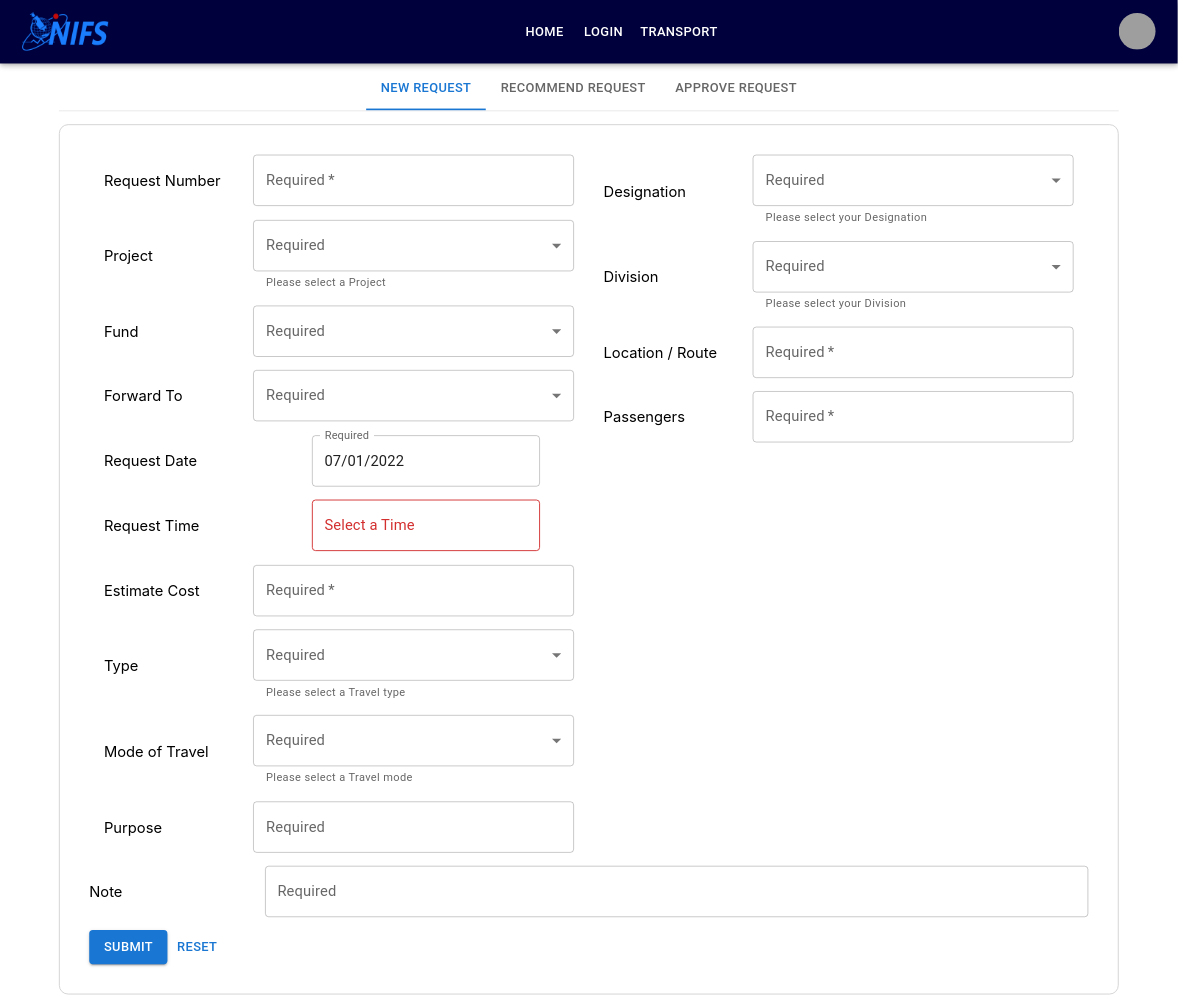
Repository: Ravindu97/NIFS_WebApplication
Page: /transport (app in client/)
These files come from the project's save history. The page is drawn as it stood at one moment and after the next save; the edit follows.
The browser window is 1280 px wide. The pictures show the whole page, at 92% of full size.
Pictures or frames that could not be fetched are drawn as grey boxes. The project was rebuilt for these pictures with package versions that can differ from the ones it lists, and the page was loaded fresh each time. Also part of the build but not shown: client/src/pages/Home.js, client/src/pages/Login.js, client/src/components/Transport/RecommendedRequest.js, client/src/components/Transport/ApproveRequest.js.

Above is the page before, as saved 2022-07-01 12:21:59.

### client/src/index.css
body {
  margin: 0;
  font-family: -apple-system, BlinkMacSystemFont, 'Segoe UI', 'Roboto', 'Oxygen',
    'Ubuntu', 'Cantarell', 'Fira Sans', 'Droid Sans', 'Helvetica Neue',
    sans-serif;
  -webkit-font-smoothing: antialiased;
  -moz-osx-font-smoothing: grayscale;
}

:root{
  --main-navbar-back: #00003c;

}


.nav-logo{
  width: 100px;
  height: auto;
}

/* main navbar */
.main-navbar{
  background-color: var(--main-navbar-back) !important;
}

/* secondary navbar */
.secondary-navbar{
  margin-top: 10vh !important;
  margin: auto;
}

/* body content */
.body-content{
  margin: auto;
  width: 90%;
  margin-top: 2vh;
}

/* -------------------css for form starts here */
/* form section means outsice the <form> tag */

.form-section{
  border: 1px solid #d2d2d2;
  border-radius: 10px;
  padding: 2rem;
  margin-bottom: 2vh;
}

/* input fields */
.input-fields{
  display: flex;
  align-items: center;
  margin-bottom: 2vh;
}

.input-fields label{
  margin-right: 2vw;
  width: 200px;
}

.form-left,.form-right{

  margin-left: 1em;
  margin-right: 1em;
}

/* -----------------css for form ends here */

### client/src/App.js
import * as React from 'react';
import { BrowserRouter as Router, Route, Routes } from 'react-router-dom';
import Navbar from './components/shared/Navbar';
import Home from './pages/Home';
import Login from './pages/Login';
import TransportMainPage from './pages/TransportMainPage';

function App() {
	return (
		<div>
			<Router>
				<Navbar />
				<Routes>
					<Route exact path="/" element={<Home />} />
					<Route exact path="/login" element={<Login />} />
					<Route exact path="/transport/*" element={<TransportMainPage />} />
				</Routes>
			</Router>
		</div>
	);
}

export default App;

### client/src/components/shared/Navbar.js
import * as React from 'react';
import AppBar from '@mui/material/AppBar';
import Box from '@mui/material/Box';
import Toolbar from '@mui/material/Toolbar';
import IconButton from '@mui/material/IconButton';
import Typography from '@mui/material/Typography';
import Menu from '@mui/material/Menu';
import MenuIcon from '@mui/icons-material/Menu';
import Container from '@mui/material/Container';
import Avatar from '@mui/material/Avatar';
import Button from '@mui/material/Button';
import Tooltip from '@mui/material/Tooltip';
import MenuItem from '@mui/material/MenuItem';
import { Link } from 'react-router-dom';
import Logo from '../../images/nifs_logo.png';

const Navbar = () => {
	const pages = [
		{
			id: 0,
			title: 'Home',
			link: '/',
		},
		{
			id: 1,
			title: 'Login',
			link: '/login',
		},
		{
			id: 2,
			title: 'Transport',
			link: '/transport',
		},
	];

	const settings = [
		{
			id: 0,
			title: 'Home',
			link: '/',
		},
		{
			id: 1,
			title: 'Login',
			link: '/login',
		},
		{
			id: 2,
			title: 'Transport',
			link: '/transport',
		},
	];

	const [anchorElNav, setAnchorElNav] = React.useState(null);
	const [anchorElUser, setAnchorElUser] = React.useState(null);

	const handleOpenNavMenu = (event) => {
		setAnchorElNav(event.currentTarget);
	};
	const handleOpenUserMenu = (event) => {
		setAnchorElUser(event.currentTarget);
	};

	const handleCloseNavMenu = () => {
		setAnchorElNav(null);
	};

	const handleCloseUserMenu = () => {
		setAnchorElUser(null);
	};

	return (
		<AppBar position="fixed" className="main-navbar">
			<Container maxWidth="xl">
				<Toolbar disableGutters>
					{/*Responsive view start here  */}
					<Box sx={{ display: { xs: 'none', md: 'flex' }, mr: 1 }}>
						<img src={Logo} alt="logo" className="nav-logo" />
					</Box>

					<Box sx={{ flexGrow: 1, display: { xs: 'flex', md: 'none' } }}>
						<IconButton
							size="large"
							aria-label="account of current user"
							aria-controls="menu-appbar"
							aria-haspopup="true"
							onClick={handleOpenNavMenu}
							color="inherit"
						>
							<MenuIcon />
						</IconButton>
						<Menu
							id="menu-appbar"
							anchorEl={anchorElNav}
							anchorOrigin={{
								vertical: 'bottom',
								horizontal: 'left',
							}}
							keepMounted
							transformOrigin={{
								vertical: 'top',
								horizontal: 'left',
							}}
							open={Boolean(anchorElNav)}
							onClose={handleCloseNavMenu}
							sx={{
								display: { xs: 'block', md: 'none' },
							}}
						>
							{pages &&
								pages.map((page) => (
									<MenuItem key={page.id} onClick={handleCloseNavMenu}>
										<Link to={page.link} style={{ textDecoration: 'none' }}>
											<Typography textAlign="center">{page.title}</Typography>
										</Link>
									</MenuItem>
								))}
						</Menu>
					</Box>
					{/* Responsive view ends here */}

					{/* Full width starts here */}
					<Box
						sx={{
							mr: 2,
							display: { xs: 'flex', md: 'none' },
							flexGrow: 1,
						}}
					>
						<img src={Logo} alt="logo" className="nav-logo" />
					</Box>

					<Box
						sx={{ flexGrow: 1, display: { xs: 'none', md: 'flex' } }}
						style={{ justifyContent: 'center' }}
					>
						{pages &&
							pages.map((page) => (
								<Link to={page.link} style={{ textDecoration: 'none' }}>
									<Button
										key={page.id}
										onClick={handleCloseNavMenu}
										sx={{ my: 2, color: 'white', display: 'block' }}
									>
										{page.title}
									</Button>
								</Link>
							))}
					</Box>

					{/* end of the navbar */}
					<Box sx={{ flexGrow: 0 }}>
						<Tooltip title="Open settings">
							<IconButton onClick={handleOpenUserMenu} sx={{ p: 0 }}>
								<Avatar
									alt="Remy Sharp"
									src="https://images.unsplash.com/photo-1566753323558-f4e0952af115?ixlib=rb-1.2.1&ixid=MnwxMjA3fDB8MHxzZWFyY2h8MXx8bWFsZXxlbnwwfHwwfHw%3D&w=1000&q=80"
								/>
							</IconButton>
						</Tooltip>
						<Menu
							sx={{ mt: '45px' }}
							id="menu-appbar"
							anchorEl={anchorElUser}
							anchorOrigin={{
								vertical: 'top',
								horizontal: 'right',
							}}
							keepMounted
							transformOrigin={{
								vertical: 'top',
								horizontal: 'right',
							}}
							open={Boolean(anchorElUser)}
							onClose={handleCloseUserMenu}
						>
							{settings.map((setting) => (
								<MenuItem key={setting.id} onClick={handleCloseUserMenu}>
									<Typography textAlign="center">{setting.title}</Typography>
								</MenuItem>
							))}
						</Menu>
					</Box>
				</Toolbar>
			</Container>
		</AppBar>
	);
};
export default Navbar;

### client/src/pages/TransportMainPage.js
import React from 'react';

import TransportNavbar from '../components/Transport/shared/TransportNavbar';
import { Route, Routes } from 'react-router-dom';
import NewRequest from '../components/Transport/NewRequest';
import RecommendedRequest from '../components/Transport/RecommendedRequest';
import ApproveRequest from '../components/Transport/ApproveRequest';

// transport main page where all other section of transport department can be access from here
function TransportMainPage() {
	return (
		<div>
			<TransportNavbar />
			<div className="body-content">
				<Routes>
					<Route exact path="/" element={<NewRequest />} />
					<Route exact path="/recommend" element={<RecommendedRequest />} />
					<Route exact path="/approve" element={<ApproveRequest />} />
				</Routes>
			</div>
		</div>
	);
}

export default TransportMainPage;

### client/src/components/Transport/shared/TransportNavbar.js
import * as React from 'react';
import Tabs from '@mui/material/Tabs';
import Tab from '@mui/material/Tab';
import Box from '@mui/material/Box';
import { Link, useLocation } from 'react-router-dom';

export default function TransportNavbar() {
	const location = useLocation();

	const pages = [
		{
			id: 0,
			title: 'New Request',
			link: '/transport',
		},
		{
			id: 1,
			title: 'Recommend Request',
			link: '/transport/recommend',
		},
		{
			id: 2,
			title: 'Approve Request',
			link: '/transport/approve',
		},
	];

	return (
		<Box sx={{ width: '90%' }} className="secondary-navbar">
			<Box sx={{ borderBottom: 1, borderColor: 'divider' }}>
				<Tabs value={location.pathname} centered>
					{pages &&
						pages.map((page) => (
							<Tab
								key={page.id}
								label={page.title}
								value={page.link}
								component={Link}
								to={page.link}
							/>
						))}
				</Tabs>
			</Box>
		</Box>
	);
}

### client/src/components/Transport/NewRequest.js
import { Button, TextField } from '@mui/material';
import React, { useState } from 'react';
import { useForm } from 'react-hook-form';
import Box from '@mui/material/Box';
// import datepicker
import { AdapterDateFns } from '@mui/x-date-pickers/AdapterDateFns';
import { LocalizationProvider } from '@mui/x-date-pickers/LocalizationProvider';
import { DatePicker } from '@mui/x-date-pickers/DatePicker';
import { TimePicker } from '@mui/x-date-pickers/TimePicker';
// sample data files start here
import Projects from './shared/sampleData/Project.json';
import Funds from './shared/sampleData/Fund.json';
import ForwardedTo from './shared/sampleData/ForwardedTo.json';
import Divisions from './shared/sampleData/Division.json';
import Designations from './shared/sampleData/Designation.json';

// sample data files ends here

function NewRequest() {
	// date set to be stored
	const { register, handleSubmit, reset } = useForm();

	const getToday = new Date();
	const time = getToday.getHours() + ':' + getToday.getMinutes();

	const [project, setProjects] = useState(Projects);
	const [fund, setFunds] = useState(Funds);
	const [forwardedTo, setForwardedTos] = useState(ForwardedTo);
	const [division, setDivisions] = useState(Divisions);
	const [designation, setDesignations] = useState(Designations);
	const [reqDate, setReqDate] = React.useState(getToday);
	const [reqTime, setReqTime] = React.useState(time);
	const [today, setToday] = React.useState(getToday);

	const submitDetails = (data) => {
		console.log(data);
	};

	return (
		<div className="form-section">
			<form onSubmit={handleSubmit(submitDetails)}>
				<Box
					sx={{
						display: { xs: 'block', md: 'flex' },
						justifyContent: 'center',
					}}
				>
					{/* left section of the form */}
					<Box
						className="form-left"
						sx={{
							width: { xs: '90%', md: '50%' },
						}}
					>
						{/* Request number */}
						<Box className="input-fields">
							<label>Request Number</label>
							<TextField
								fullWidth
								required
								type="text"
								name="reqNo"
								id="outlined-basic"
								label="Required"
								variant="outlined"
								{...register('reqNo', { required: true })}
							/>
						</Box>

						{/* Select project */}

						<Box className="input-fields">
							<label>Project</label>
							<TextField
								fullWidth
								id="outlined-select-project-native"
								select
								label="Required"
								name="project"
								{...register('project', { required: true })}
								SelectProps={{
									native: true,
								}}
								helperText="Please select a Project"
							>
								<option value="" selected disabled></option>
								{project.map((option) => (
									<option key={option.id} value={option.value}>
										{option.value}
									</option>
								))}
							</TextField>
						</Box>

						{/* Select Fund */}

						<Box className="input-fields">
							<label>Fund</label>
							<TextField
								fullWidth
								id="outlined-select-fund-native"
								select
								label="Required"
								name="fund"
								{...register('fund', { required: true })}
								SelectProps={{
									native: true,
								}}
							>
								<option value="" selected disabled></option>
								{fund.map((option) => (
									<option key={option.id} value={option.value}>
										{option.value}
									</option>
								))}
							</TextField>
						</Box>

						{/* Select Forward */}

						<Box className="input-fields">
							<label>Forward To</label>
							<TextField
								fullWidth
								id="outlined-select-forward-native"
								select
								label="Required"
								name="forwardTo"
								{...register('forwardTo', { required: true })}
								SelectProps={{
									native: true,
								}}
							>
								<option value="" selected disabled></option>
								{forwardedTo.map((option) => (
									<option key={option.id} value={option.value}>
										{option.value}
									</option>
								))}
							</TextField>
						</Box>

						{/*request date*/}

						<Box className="input-fields">
							<LocalizationProvider dateAdapter={AdapterDateFns}>
								<label>Request Date</label>
								<DatePicker
									fullWidth
									label="Required"
									value={reqDate}
									onChange={(newValue) => {
										setReqDate(newValue);
									}}
									{...register('requestDate', { required: true })}
									renderInput={(params) => <TextField {...params} />}
								/>
							</LocalizationProvider>
						</Box>

						{/* Time picker */}

						<Box className="input-fields">
							<LocalizationProvider dateAdapter={AdapterDateFns}>
								<label>Request Time</label>
								<TimePicker
									label="Select a Time"
									value={reqTime}
									{...register('requestTime', { required: true })}
									onChange={(newValue) => {
										setReqTime(newValue);
									}}
									renderInput={(params) => <TextField {...params} />}
								/>
							</LocalizationProvider>
						</Box>

						{/* cost */}

						<Box className="input-fields">
							<label>Estimate Cost</label>
							<TextField
								fullWidth
								required
								type="text"
								name="estimateCost"
								id="outlined-basic"
								label="Required"
								variant="outlined"
								{...register('estimateCost', { required: true })}
							/>
						</Box>

						{/* travel type */}

						<Box className="input-fields">
							<label>Type</label>
							<TextField
								fullWidth
								id="outlined-select-forward-native"
								select
								label="Required"
								name="travelType"
								{...register('travelType', { required: true })}
								SelectProps={{
									native: true,
								}}
								helperText="Please select a Travel type"
							>
								<option value="" selected disabled></option>
								<option value="private">Private</option>
								<option value="official">Official</option>
							</TextField>
						</Box>

						{/* Travel mode */}

						<Box className="input-fields">
							<label>Mode of Travel</label>
							<TextField
								fullWidth
								id="outlined-select-forward-native"
								select
								label="Required"
								name="travelMode"
								{...register('travelMode', { required: true })}
								SelectProps={{
									native: true,
								}}
								helperText="Please select a Travel mode"
							>
								<option value="" selected disabled></option>
								<option value="car">Car</option>
								<option value="van">Van</option>
								<option value="cab">Cab</option>
							</TextField>
						</Box>

						{/* purpose */}

						<Box className="input-fields">
							<label>Purpose</label>
							<TextField
								fullWidth
								id="outlined-textarea"
								label="Required"
								name="purpose"
								{...register('purpose', { required: true })}
								SelectProps={{
									native: true,
								}}
								multiline
							/>
						</Box>
					</Box>

					{/* right section of the form */}

					<Box
						className="form-right"
						sx={{
							width: { xs: '90%', md: '50%' },
						}}
					>
						{/* designations */}

						<Box className="input-fields">
							<label>Designation</label>
							<TextField
								fullWidth
								id="outlined-select-forward-native"
								select
								label="Required"
								name="designation"
								{...register('designation', { required: true })}
								SelectProps={{
									native: true,
								}}
								helperText="Please select your Designation"
							>
								<option value="" selected disabled></option>
								{designation.map((option) => (
									<option key={option.id} value={option.value}>
										{option.value}
									</option>
								))}
							</TextField>
						</Box>

						{/* division */}

						<Box className="input-fields">
							<label>Division</label>
							<TextField
								fullWidth
								id="outlined-select-forward-native"
								select
								label="Required"
								name="division"
								{...register('division', { required: true })}
								SelectProps={{
									native: true,
								}}
								helperText="Please select your Division"
							>
								<option value="" selected disabled></option>
								{division.map((option) => (
									<option key={option.id} value={option.value}>
										{option.value}
									</option>
								))}
							</TextField>
						</Box>

						{/* HOD */}

						{/* Location / route */}

						<Box className="input-fields">
							<label>Location / Route</label>
							<TextField
								fullWidth
								required
								type="text"
								name="route"
								id="outlined-basic"
								label="Required"
								variant="outlined"
								{...register('route', { required: true })}
							/>
						</Box>

						{/* Location / route */}

						<Box className="input-fields">
							<label>Passengers</label>
							<TextField
								fullWidth
								required
								type="text"
								name="passengers"
								id="outlined-basic"
								label="Required"
								variant="outlined"
								{...register('passengers', { required: true })}
							/>
						</Box>
					</Box>
				</Box>

				{/* Note */}

				<Box className="input-fields">
					<label>Note</label>
					<TextField
						fullWidth
						id="outlined-textarea"
						label="Required"
						name="note"
						{...register('note', { required: true })}
						SelectProps={{
							native: true,
						}}
						multiline
					/>
				</Box>

				{/* submit button */}

				<Box>
					<Button type="submit" variant="contained">
						Submit
					</Button>

					{/* reset the form */}

					<Button
						type="button"
						onClick={() => {
							reset({
								reqNo: '',
								project: '',
								fund: '',
								forwardTo: '',
								requestDate: '',
								time: '',
								estimateCost: '',
								travelType: '',
								travelMode: '',
								purpose: '',
								note: '',
								employee: '',
								designation: '',
								date: '',
								division: '',
								HOD: '',
								route: '',
								passengers: '',
							});
						}}
					>
						Reset
					</Button>
				</Box>
			</form>
		</div>
	);
}

export default NewRequest;

### client/src/components/Transport/shared/sampleData/Project.json
[
    {
        "id": 0,
        "value": "Kandy tunnel"
    },
    {
        "id": 1,
        "value": "Moragahakanda project"
    },
    {
        "id": 2,
        "value": "Gin nilwala project"
    },
    {
        "id": 3,
        "value": "Samanala wewa projecct"
    },
    {
        "id": 4,
        "value": "Data visualization"
    }
]

### client/src/components/Transport/shared/sampleData/Fund.json
[
    {
        "id": 0,
        "value": "Stock market"
    },
    {
        "id": 1,
        "value": "BOC bank"
    },
    {
        "id": 2,
        "value": "Savings"
    },
    {
        "id": 3,
        "value": "Ticketing"
    },
    {
        "id": 4,
        "value": "Car wash"
    }
]

### client/src/components/Transport/shared/sampleData/ForwardedTo.json
[
    {
        "id": 0,
        "value": "Mr. Kamal"
    },
    {
        "id": 1,
        "value": "Mr. Sunil"
    },
    {
        "id": 2,
        "value": "Mr. Kusal"
    },
    {
        "id": 3,
        "value": "Mrs. Nayana"
    },
    {
        "id": 4,
        "value": "Miss Rashmi"
    }
]

### client/src/components/Transport/shared/sampleData/Division.json
[
    {
        "id": 0,
        "value": "Transport"
    },
    {
        "id": 1,
        "value": "Financial"
    },
    {
        "id": 2,
        "value": "Computer"
    },
    {
        "id": 3,
        "value": "Admin"
    },
    {
        "id": 4,
        "value": "Director"
    }
]

### client/src/components/Transport/shared/sampleData/Designation.json
[
    {
        "id": 0,
        "value": "Designation 1"
    },
    {
        "id": 1,
        "value": "Designation 2"
    },
    {
        "id": 2,
        "value": "Designation 3"
    },
    {
        "id": 3,
        "value": "Designation 4"
    },
    {
        "id": 4,
        "value": "Designation 5"
    }
]

Loaded but not shown: client/src/index.js (common file); client/src/reportWebVitals.js (common file)

After the next save:
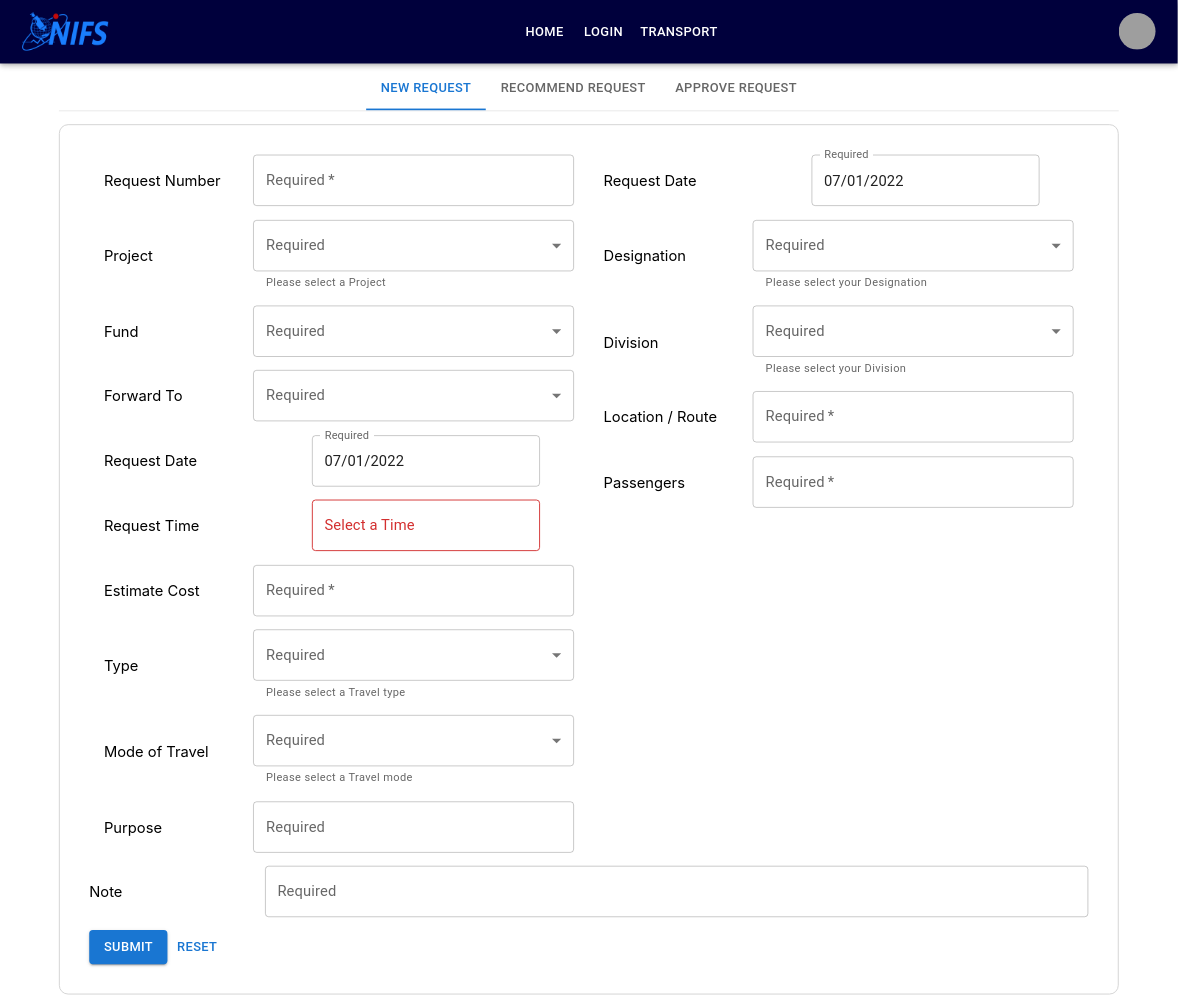
Saved 19 s later.
--- a/client/src/components/Transport/NewRequest.js
+++ b/client/src/components/Transport/NewRequest.js
@@ -262,6 +262,24 @@ function NewRequest() {
 							width: { xs: '90%', md: '50%' },
 						}}
 					>
+						{/*request today date*/}
+
+						<Box className="input-fields">
+							<LocalizationProvider dateAdapter={AdapterDateFns}>
+								<label>Request Date</label>
+								<DatePicker
+									fullWidth
+									label="Required"
+									value={reqDate}
+									onChange={(newValue) => {
+										setReqDate(newValue);
+									}}
+									{...register('requestDate', { required: true })}
+									renderInput={(params) => <TextField {...params} />}
+								/>
+							</LocalizationProvider>
+						</Box>
+
 						{/* designations */}
 
 						<Box className="input-fields">
